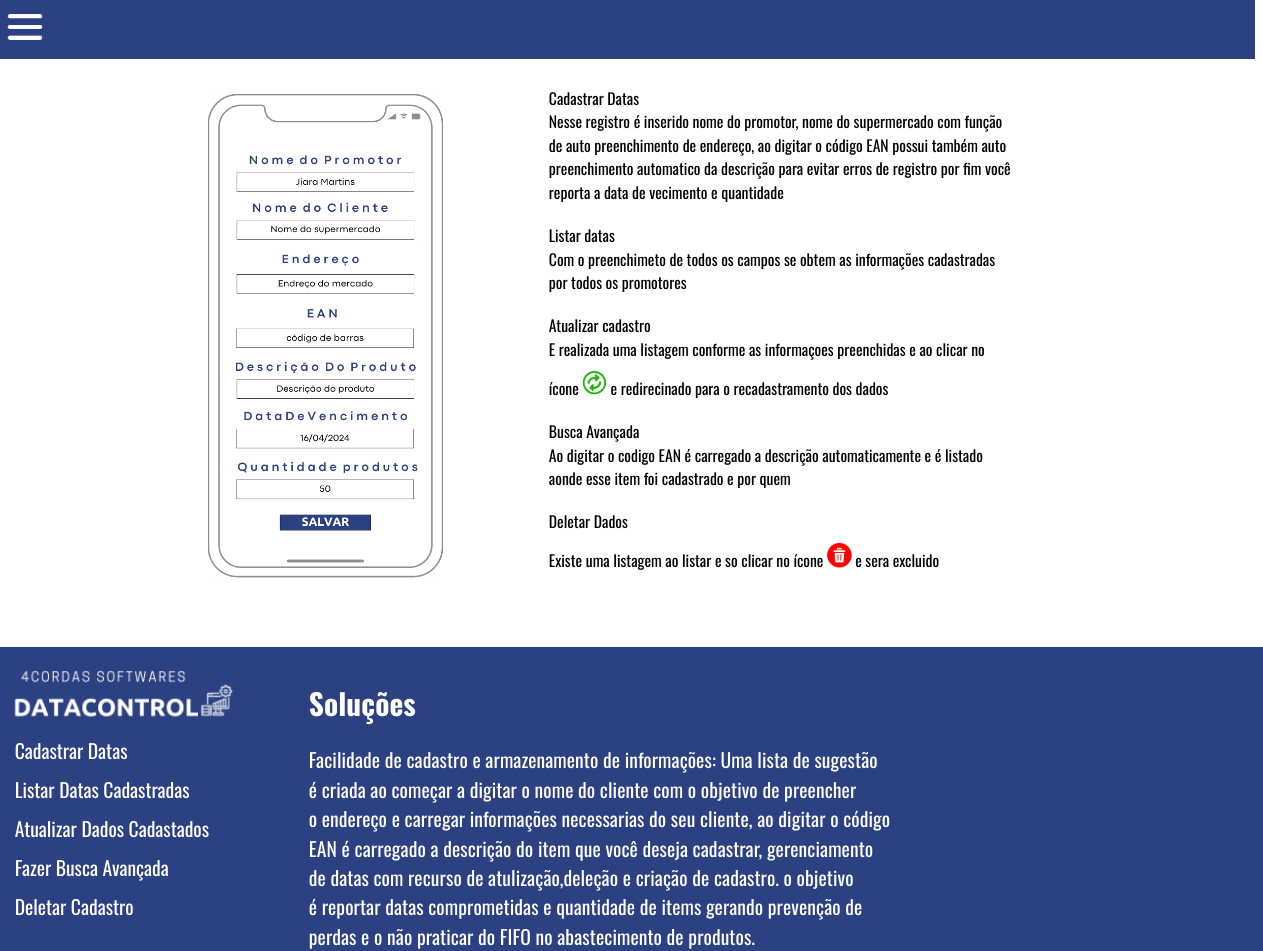
Repository: alfredo-allan/ControleDeDatasFrontEnd
Page: index.html
An editor plug-in stored every save of this project. The page is shown before and after a run of saves, followed by the edit.
The browser window is 1280 px wide. The page is 1289 px wide, so the pictures cover 1289 px, including what lies to the right of the window. The pictures show the whole page, at 98% of full size.

Above is the page before, as saved 2024-04-30 14:41:55.
Console error: TypeError: Cannot read properties of null (reading 'addEventListener')

### index.html
<!DOCTYPE html>
<html lang="pt-BR">
  <head>
    <meta charset="UTF-8" />
    <meta name="viewport" content="width=device-width, initial-scale=1.0" />
    <link rel="stylesheet" href="./style/style.css" />
    <link rel="preconnect" href="https://fonts.googleapis.com" />
    <link rel="preconnect" href="https://fonts.gstatic.com" crossorigin />
    <link
      href="https://fonts.googleapis.com/css2?family=Oswald:wght@200..700&display=swap"
      rel="stylesheet"
    />
    <title>Controle de Datas</title>
  </head>
  <body>
    <div class="header">
      <div id="menu-icon">
        <img id="icon-menu" src="./images/barra-de-menu.png" alt="" />
      </div>
      <div id="titulo">
        <!-- <h1>Controle De Datas</h1> -->
      </div>
      <div id="menu-options">
        <ul>
          <!-- <img id="usuario" src="./images/usuario-exemplo.jpg" alt="" /> -->
          <a href="pages/cadastro.html"><li>Cadastrar Datas</li></a>
          <a href="pages/listagem.html"><li>Listar Datas</li></a>
          <a href="pages/atualizar.html"><li>Atualizar Cadastro</li></a>
          <a href="pages/buscaavancada.html"><li>Busca Avançada</li></a>
          <a href="pages/deletar.html"><li>Deletar Dados</li></a>
        </ul>
      </div>
    </div>
    <img id="instrucao" src="./images/CadastrarDatas.png" alt="">
    <div class="coluna">
    <ul>
      <span>Cadastrar Datas</span>
      <li>Nesse registro é inserido nome do promotor, nome do supermercado com função de auto preenchimento de endereço, ao digitar o código EAN possui também auto preenchimento automatico da descrição para evitar erros de registro por fim você reporta a data de vecimento e quantidade</li>
      <span>Listar datas</span>
      <li>Com o preenchimeto de todos os campos se  obtem as informações cadastradas por todos os promotores</li>
      <span>Atualizar cadastro</span>
      <li>E realizada uma listagem conforme as informaçoes preenchidas e ao clicar no ícone <img src="./images/repetir.png" alt=""> e redirecinado para o recadastramento dos dados</li>
      <span>Busca Avançada</span>
      <li>Ao digitar o codigo EAN é carregado a descrição automaticamente e é listado aonde esse item foi cadastrado e por quem</li>
      <span>Deletar Dados</span>
      <li>Existe uma listagem ao listar e so clicar no ícone <img src="./images/excluir.png" alt=""> e sera excluido</li>
    </ul>
    </div>
    </div>
    <div class="footer">
      <div id="mapa" class="col-sm-6">
        <img id="tootext" src="./images/data.png" alt="" />
        <ul id="mapadosite">
          <a href="./pages/cadastro.html"><li>Cadastrar Datas</li></a>
          <a href="./pages/listagem.html"><li>Listar Datas Cadastradas</li></a>
          <a href="./pages/atualizar.html"
            ><li>Atualizar Dados Cadastados</li></a
          >
          <a href="./pages/buscaavancada.html"><li>Fazer Busca Avançada</li></a>
          <a href="./pages/deletar.html"><li>Deletar Cadastro</li></a>
        </ul>
      </div>
      <div id="solucao" class="col-sm-6">
        <span>Soluções</span>
        <p>
          Facilidade de cadastro e armazenamento de informações: Uma lista de
          sugestão <br />
          é criada ao começar a digitar o nome do cliente com o objetivo de
          preencher <br />
          o endereço e carregar informações necessarias do seu cliente, ao
          digitar o código <br />
          EAN é carregado a descrição do item que você deseja cadastrar,
          gerenciamento <br />
          de datas com recurso de atulização,deleção e criação de cadastro. o
          objetivo <br />
          é reportar datas comprometidas e quantidade de items gerando prevenção
          de <br />
          perdas e o não praticar do FIFO no abastecimento de produtos.
        </p>
      </div>
    </div>
  </body>
  <script src="./js/script.js"></script>
</html>

### style/style.css
:root {
  --cor-azul: rgb(44, 65, 129);
  --oswald-font: "Oswald", sans-serif;
  --luthier-font: "Luthier";
}

body {
  font-family: var(--oswald-font);
}

@font-face {
  font-family: "Luthier";
  src: url("../fonts/LuthierFF/Luthier-Regular.ttf") format("truetype");
  /* Adicione mais formatos (e.g. woff, woff2) conforme necessário */
}

#titulo h1 {
  font-family: var(--luthier-font);
  letter-spacing: 3px;
  font-weight: 900;
  color: white;
  margin-top: -30px;
  margin-left: 55px;
}

.column {
  display: flex;
  flex-direction: column;
  align-items: center;
  padding: 10px 20px 15px 15px;
  border: 1px solid #ccc;
  border-radius: 5px;
  width: 300px;
  margin: 0 auto;
  span {
    font-weight: 900;
    font-family: var(--luthier-font);
    letter-spacing: 3px;
    margin-bottom: 10px;
    color: var(--cor-azul);
  }
}

#logo img {
  margin-top: 200px;
  width: 250px;
  margin-left: 50px;
}

#logo {
  h1 {
    text-align: center;
    text-wrap: nowrap;
    font-size: 25px;
    font-family: var(--oswald-font);
    font-weight: 900;
    letter-spacing: 2px;
    color: var(--cor-azul);
  }
}

#form {
  margin-top: 80px;
}

input {
  margin-bottom: 5px;
  padding: 5px;
  width: 100%;
  box-sizing: border-box;
  font-weight: 600;
  margin-bottom: 10px;
}

input::placeholder {
  text-align: center;
  color: gray;
  font-family: var(--oswald-font);
  font-weight: 400;
}

input:focus {
  outline-color: var(--cor-azul); /* Altere a cor aqui */
}

.header {
  position: fixed;
  top: 0;
  left: 0;
  width: 100%;
  height: 60px;
  background-color: var(--cor-azul);
}

#icon-menu {
  width: 35px;
  margin-top: 10px;
  z-index: 1;
  margin-left: 8px;
  cursor: pointer;
}

#menu-options ul {
  list-style: none;
  padding: 0;
  margin-left: 5px;
  font-size: 20px;
  font-weight: 500;
  text-wrap: nowrap;
  font-family: var(--oswald-font);
  z-index: 999;
}

#menu-options ul li {
  padding: 10px;
  letter-spacing: 2px;
  cursor: pointer;
  z-index: 999;
}

a {
  text-decoration: none; /* Remove sublinhado */
  color: inherit; /* Mantém a cor padrão do texto */
  /* Adicione quaisquer outros estilos desejados para o link */
}

#menu-options {
  display: none;
  position: absolute;
  top: 0;
  left: 0;
  margin-top: 60px;
  width: 55%;
  height: 41vh;
  border-bottom-right-radius: 15px;
  background-color: var(--cor-azul);
  color: white;
  font-family: var(--oswald-font);
  font-weight: 900;
  z-index: 999;
}

button {
  text-align: center;
  width: 110px;
  height: 30px;
  padding: 6px 30px;
  background-color: rgba(44, 65, 129, 0.897);
  border-radius: 5px;
  color: white;
  border: none;
  border-radius: 5px;
  cursor: pointer;
  font-family: var(--oswald-font);
}

button:focus {
  outline: 2px solid var(--cor-azul);
}

.footer {
  width: 102%;
  position: relative;
  margin-top: 5%;
  margin-left: -8px;
  margin-bottom: -20px;
  background-color: var(--cor-azul);
}

.footer img {
  width: 300px;
  height: 60px;
  margin-top: 2px;
  cursor: pointer;
  margin-left: 10px;
}

#autocomplete-list-id {
  background-color: #f1f1f1;
  border: 1px solid #d4d4d4;
  color: var(--cor-azul);
  border-top: none;
  max-height: 200px;
  overflow-y: auto;
  position: absolute;
  /* z-index: 999; */
  margin-top: -10px;
  margin-left: 60px;
}

.autocomplete-items div {
  padding: 10px;
  cursor: pointer;
  background-color: #fff;
  border-bottom: 1px solid #d4d4d4;
}

.autocomplete-items div:hover {
  background-color: #e9e9e9;
}

.autocomplete-items div strong {
  font-weight: bold;
}

#data-list {
  margin: 0 auto;
  left: 50%;
  transform: translateX(-50%);
  margin: 0 auto;
  left: 50%;
  top: 60%;
  transform: translate(-50%, -50%);
  /* border: 1px solid var(--cor-azul); */
  color: var(--cor-azul);
  border-radius: 5px;
  max-height: 330px;
  overflow-y: auto;
  position: absolute;
  z-index: -1;
  margin-top: 110px;
  margin-left: 0px;
  width: 336px;
  list-style: none;
  .name {
    font-family: var(--oswald-font);
    font-weight: 900;
    font-size: 17px;
  }
  .item {
    font-family: var(--oswald-font);
    font-weight: 500;
    font-size: 15;
    color: rgb(0, 0, 0);
  }
}

/* #promotor {
  line-height: 60px;
} */

#data-list {
  /* Estilos do elemento #data-list */
  /* Defina outras propriedades conforme necessário */

  scrollbar-color: var(--cor-azul) var(--cor-azul); /* Cor da barra de rolagem e do fundo da barra */
}

#data-list::-webkit-scrollbar {
  width: 10px; /* Largura da barra de rolagem */
}

#data-list::-webkit-scrollbar-thumb {
  background-color: white; /* Cor da barra de rolagem */
  border-radius: 5px; /* Raio de borda da barra de rolagem */
}

#texto-descritivo {
  text-align: justify;
  margin-top: 200px;
  position: fixed;
  font-family: var(--luthier-font);
  letter-spacing: 3px;
  line-height: 2;
  margin-right: 8px;
  font-weight: 900;
  color: var(--cor-azul);
}

#del {
  width: 25px;
  margin: -4px;
  margin-left: 20px;
}

#atualizar {
  width: 25px;
  margin: -5px;
  margin-left: 20px;
}

.video {
  width: 100%;
  height: 100vh; /* Altura ocupando toda a tela */
}

.video video {
  position: fixed;
  top: 0;
  left: 0;
  width: 100%;
  height: 20%;
  object-fit: cover;
  margin-top: 52px;
}

.modal {
  display: none; /* Escondido por padrão */
  position: fixed;
  z-index: 1;
  left: 0;
  top: 0;
  width: 100%;
  height: 100%;
  overflow: auto;
  background-color: rgba(0, 0, 0, 0.4);
}

.modal-content {
  background-color: #fefefe;
  margin: 15% auto;
  padding: 20px;
  border: 2px solid #888;
  width: 80%;
  border-radius: 10px;
  p {
    text-align: center;
    font-family: var(--luthier-font);
    letter-spacing: 3px;
    font-weight: 600;
    color: var(--cor-azul);
  }
}

.close {
  color: #aaa;
  float: right;
  font-size: 28px;
  font-weight: bold;
}

.close:hover,
.close:focus {
  color: black;
  text-decoration: none;
  cursor: pointer;
}

#modalbtn {
  text-align: center;
}

#confirmButton {
  margin-right: 5px;
}

#tootext {
  margin-left: -40px;
  margin-top: 20px;
}

#mapadosite {
  font-family: var(--oswald-font);
  list-style: none;
  margin-top: 0px;
  line-height: 40px;
  text-align: left;
  margin-left: -25px;
  color: white;
  font-size: 20px;
}

#mapa {
  text-align: left;
}

#solucao {
  margin-top: -270px;
  margin-left: 315px;
  font-family: var(--oswald-font);
  letter-spacing: 0.1px;
  color: white;
  span {
    font-size: 30px;
    font-weight: 900;
  }
  p {
    font-size: 20px;
    text-align: left;
  }
}

@media (min-width: 310px) and (max-width: 580px) {
  #solucao {
    margin-top: -10px;
    margin-left: -200px;
    text-align: center;
  }
}

@media (min-width: 310px) and (max-width: 580px) {
  #solucao span {
    margin-left: -30px;
  }
}

@media (min-width: 310px) and (max-width: 580px) {
  #solucao p {
    font-size: 20px;
    text-align: left;
    margin-left: 215px;
  }
}

@media (min-width: 310px) and (max-width: 580px) {
  .footer {
    margin-top: 20%;
    position: absolute;
    margin-left: -8px;
    width: 100%;
    margin-bottom: 0px;
  }
}

.footer_pg {
  position: fixed;
  left: 0;
  bottom: 0;
  width: 100%;
  height: 60px;
  background-color: var(--cor-azul);
}

@media (min-width: 310px) and (max-width: 580px) {
  .footer_pg img {
    margin-left: auto;
    margin-right: auto;
    display: block;
  }
}

#instrucao {
  margin-top: 80px;
  width: 250px;
  margin-left: 200px;
}

@media (min-width: 500px) and (max-width: 1200px) {
  #instrucao {
    margin-left: 20px;
  }
}

.coluna {
  display: flex;
  flex-direction: column;
  justify-content: center;
  margin-left: 40%;
  margin-top: -41%;
  width: 40%;
  position: fixed;
  li {
    list-style: none;
    margin-bottom: 20px;
  }
  span {
    margin-bottom: 10;
  }
  img {
    width: 25px;
    margin-top: 10px;
  }
}

### js/script.js
document.addEventListener("DOMContentLoaded", function () {
  carregarDados();

  document
    .getElementById("data-vencimento")
    .addEventListener("input", formatarData);

  document.getElementById("ean").addEventListener("input", function () {
    var eanSelecionado = document.getElementById("ean").value;
    preencherDescricaoPorEAN(eanSelecionado);
  });
});

function formatarData() {
  let inputData = document.getElementById("data-vencimento").value;

  let dataFormatada = inputData.replace(/^(\d{2})(\d{2})(\d{2})$/, "$1/$2/$3");

  document.getElementById("data-vencimento").value = dataFormatada;
}

function preencherDescricaoPorEAN(ean) {
  fetch("../frutap.json")
    .then((response) => response.json())
    .then((data) => {
      const mercados = data.mercados;

      for (let mercado of mercados) {
        const produto = mercado.produtos.find(
          (produto) => produto.codigoEAN === ean
        );
        if (produto) {
          document.getElementById("descricao-produto").value =
            produto.descricao;
          return; // Encerra o loop assim que encontrar o produto correspondente
        }
      }

      // Se não encontrou nenhum produto com o código EAN correspondente
      document.getElementById("descricao-produto").value =
        "Produto não encontrado";
    })
    .catch((error) => {
      console.error("Erro ao carregar os dados do arquivo JSON:", error);
    });
}

function carregarDados() {
  fetch("../frutap.json")
    .then((response) => {
      if (response.ok) {
        return response.json();
      } else {
        throw new Error("Erro ao carregar os dados");
      }
    })
    .then((data) => {
      if (data && data.mercados) {
        const mercados = data.mercados.map((mercado) => mercado.nome);
        const codigosEAN = data.mercados.map((mercado) => mercado.codigoEAN);
        const enderecos = data.mercados.map((mercado) => mercado.endereco);

        autocomplete(document.getElementById("nome-cliente"), mercados, data);
        autocomplete(document.getElementById("ean"), codigosEAN);
        autocomplete(
          document.getElementById("endereco-cliente"),
          enderecos,
          data
        );
      } else {
        console.error("Formato de dados inválido");
      }
    })
    .catch((error) => {
      console.error("Erro ao carregar os dados do arquivo JSON:", error);
    });
}
function autocomplete(inp, arr, data) {
  var currentFocus;

  inp.addEventListener("input", function (e) {
    var a,
      b,
      i,
      val = this.value;
    closeAllLists();
    if (!val) {
      return false;
    }
    currentFocus = -1;
    a = document.createElement("DIV");
    a.setAttribute("id", "autocomplete-list-id");
    a.setAttribute("class", "autocomplete-items");
    this.parentNode.appendChild(a);
    for (i = 0; i < arr.length; i++) {
      if (
        arr[i] &&
        arr[i].substr(0, val.length).toUpperCase() == val.toUpperCase()
      ) {
        b = document.createElement("DIV");
        b.innerHTML = "<strong>" + arr[i].substr(0, val.length) + "</strong>";
        b.innerHTML += arr[i].substr(val.length);
        b.innerHTML += "<input type='hidden' value='" + arr[i] + "'>";
        b.addEventListener("click", function (e) {
          inp.value = this.getElementsByTagName("input")[0].value;
          closeAllLists();
          // Preencher o campo de Endereço do mercado ao selecionar o nome do mercado
          var selectedMarket = this.getElementsByTagName("input")[0].value;
          var mercadoSelecionado = data.mercados.find(
            (mercado) => mercado.nome === selectedMarket
          );
          if (mercadoSelecionado) {
            var enderecoCompleto =
              mercadoSelecionado.endereco.rua +
              ", " +
              mercadoSelecionado.endereco.bairro +
              ", " +
              mercadoSelecionado.endereco.cidade +
              ", " +
              mercadoSelecionado.endereco.estado;
            document.getElementById("endereco-cliente").value =
              enderecoCompleto;
          }
        });
        a.appendChild(b);
      }
    }
  });

  function closeAllLists(elmnt) {
    var x = document.getElementsByClassName("autocomplete-items");
    for (var i = 0; i < x.length; i++) {
      if (elmnt != x[i] && elmnt != inp) {
        x[i].parentNode.removeChild(x[i]);
      }
    }
  }

  document.addEventListener("click", function (e) {
    closeAllLists(e.target);
  });
}

const menuIcon = document.getElementById("menu-icon");
const menuOptions = document.getElementById("menu-options");

menuIcon.addEventListener("click", function () {
  if (menuOptions.style.display === "none") {
    menuOptions.style.display = "block";
  } else {
    menuOptions.style.display = "none";
  }
});

document.getElementById("btn-salvar").addEventListener("click", function () {
  const nomePromotor = document.getElementById("nome-promotor").value;
  const nomeCliente = document.getElementById("nome-cliente").value;
  const enderecoCliente = document.getElementById("endereco-cliente").value;
  const ean = document.getElementById("ean").value;
  const descricaoProduto = document.getElementById("descricao-produto").value;
  const dataVencimento = document.getElementById("data-vencimento").value;
  const quantidadeProdutos = document.getElementById(
    "quantidade-produtos"
  ).value;

  fetch("https://v1controledatas.pythonanywhere.com/salvar-dados", {
    method: "POST",
    headers: {
      "Content-Type": "application/json",
    },
    body: JSON.stringify({
      nomePromotor: nomePromotor,
      nomeCliente: nomeCliente,
      enderecoCliente: enderecoCliente,
      ean: ean,
      descricaoProduto: descricaoProduto,
      dataVencimento: dataVencimento,
      quantidadeProdutos: quantidadeProdutos,
    }),
  })
    .then((response) => {
      if (response.ok) {
        // alert("Dados salvos com sucesso!");
      } else {
        throw new Error("Erro ao salvar os dados");
      }
    })
    .catch((error) => {
      console.error("Erro ao salvar os dados:", error);
    });
});

// Selecionando o botão de fechar e o modal

Loaded but not shown: frutap.json (455 lines, source omitted)

After the next 2 saves:
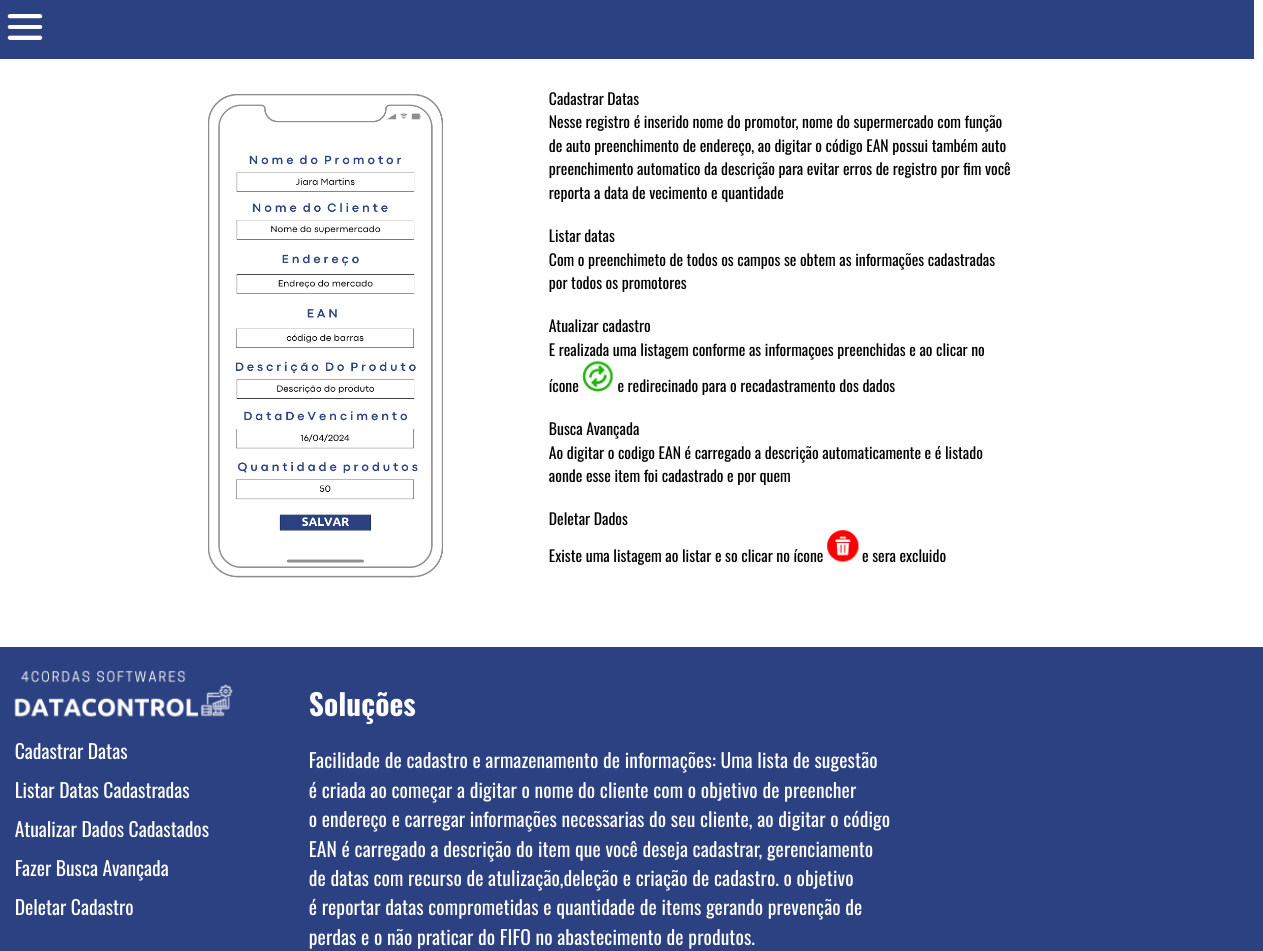
The 2 saves are shown as one change because they came seconds apart.
The last was saved 8 s later.
--- a/style/style.css
+++ b/style/style.css
@@ -456,7 +456,7 @@
   span {
     margin-bottom: 10;
   }
-  img {
+  .coluna img {
     width: 25px;
     margin-top: 10px;
   }

After the 2 saves that followed:
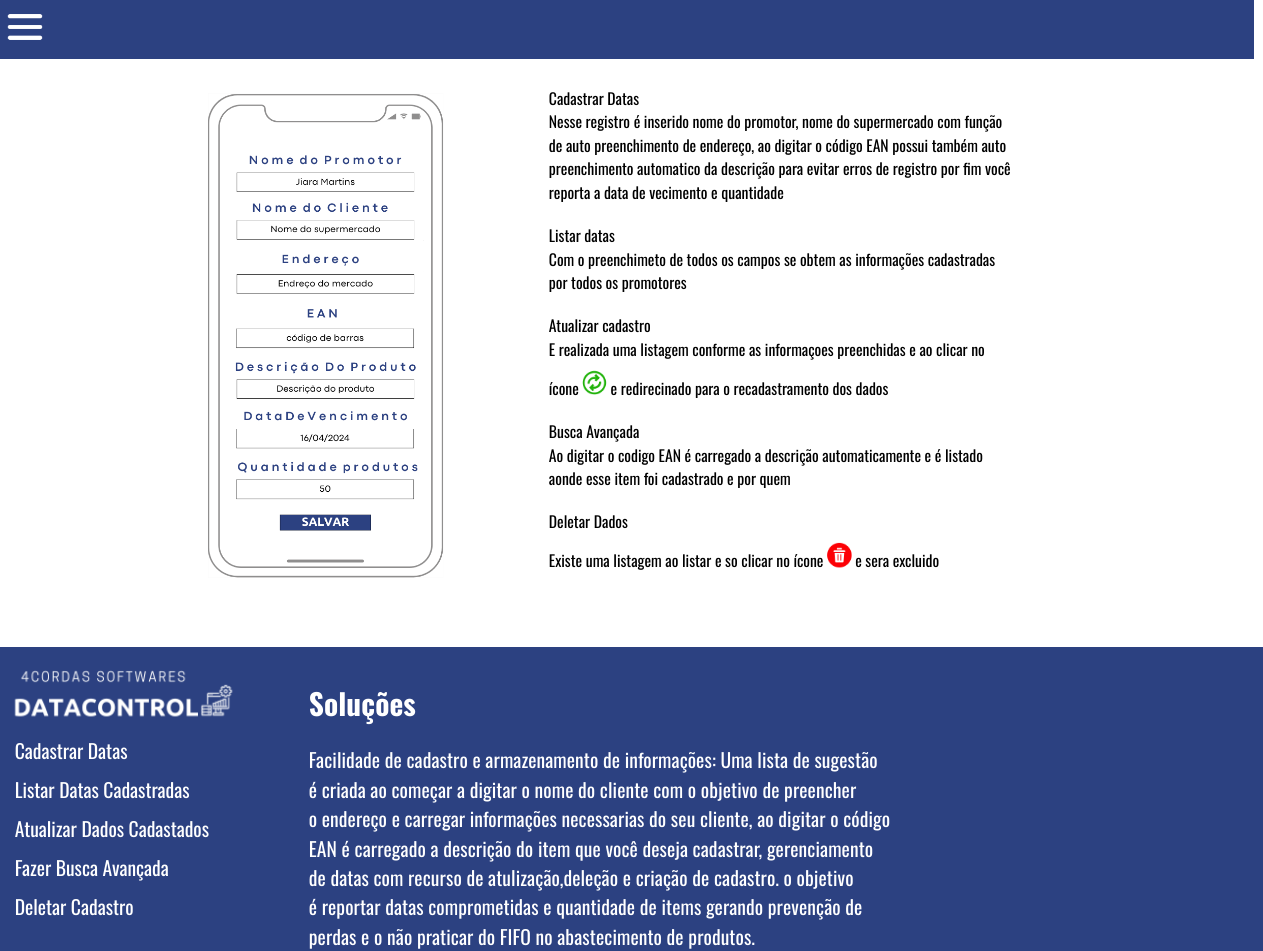
The 2 saves are shown as one change because they came seconds apart.
The last was saved 18 s later.
--- a/style/style.css
+++ b/style/style.css
@@ -456,7 +456,8 @@
   span {
     margin-bottom: 10;
   }
-  .coluna img {
+
+  img {
     width: 25px;
     margin-top: 10px;
   }
